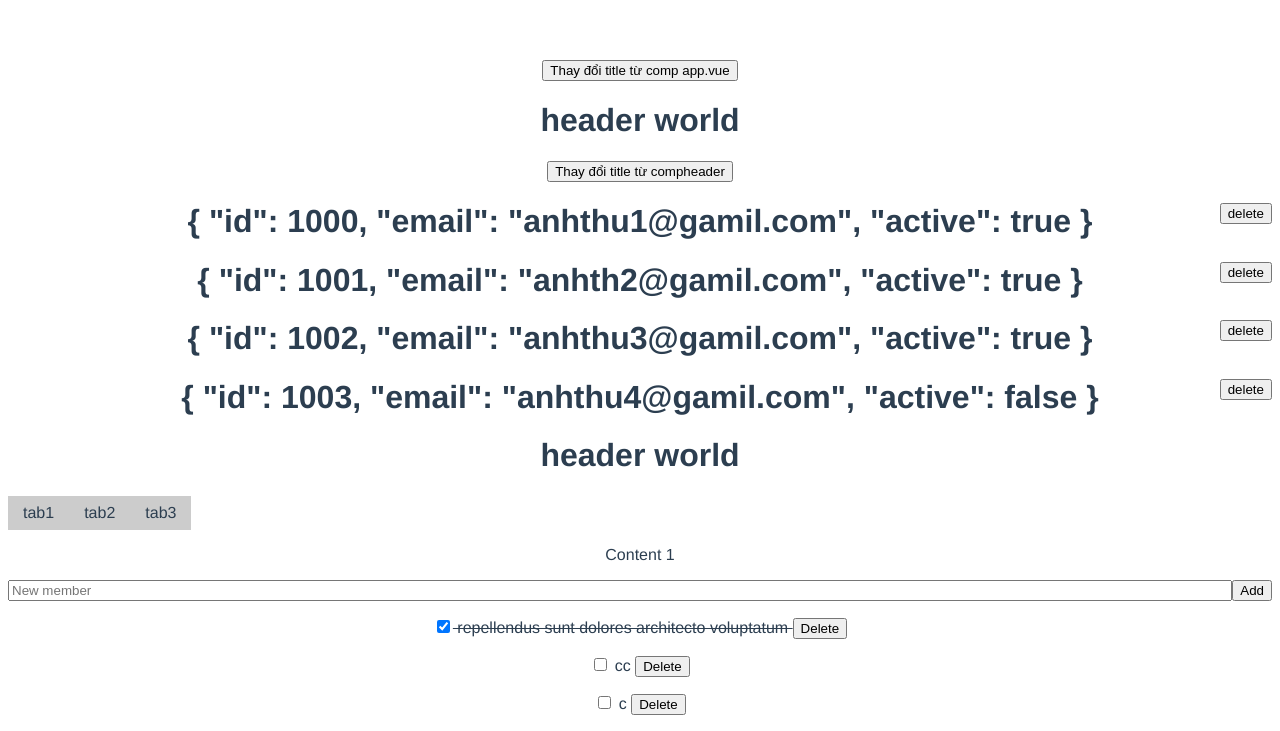
Repository: anhthu112/Todo-list
Page: /
These files come from the project's save history. The page is drawn as it stood at one moment and after the next save; the edit follows.
The browser window is 1280 px wide. The pictures show the whole page.
The project was rebuilt for these pictures with package versions that can differ from the ones it lists, and the page was loaded fresh each time. Requests to the local data server were answered from the project's data file. Also part of the build but not shown: vue.config.js.

Above is the page before, as saved 2024-01-31 11:19:11.

### src/App.vue
<template>
  <div class="container">
    <button v-on:click="title='Yoon Jeonghan'">Thay đổi title từ comp app.vue</button>
    <CompHeader v-bind:titles="title"
    v-on:changeTitleEvents="changeTitleEvent"
    />
    <ListUser v-bind:listUser="listUser"
    v-on:deleteEvent="handleDeleteUser"
    />
    <ComFooter v-bind:title="title"/>
    <DemoRef>
      <p>mệt quá em muốn về nhà</p>
    </DemoRef>
  </div>
  <CompTodo/>

</template>

<script>
import CompHeader from './components/CompHeader.vue';
import ComFooter from './components/ComFooter.vue';
import ListUser from './components/ListUser.vue';
import DemoRef from './components/DemoRef.vue';
import CompTodo from './components/CompTodo.vue'
export default {
  name: 'App',
  data(){
    return {
      title:'header world',
      listUser : [
        {id:1000, email:'anhthu1@gamil.com', active: true},
        {id:1001, email:'anhth2@gamil.com', active: true},
        {id:1002, email:'anhthu3@gamil.com', active: true},
        {id:1003, email:'anhthu4@gamil.com', active: false}
      ],

      textSvt: "Seventen",
    }
  },
  components: {
    CompHeader,
    ComFooter,
    ListUser,
    DemoRef,
    CompTodo,
},
  methods:{
    changeTitleEvent(){
      console.log('sucess');
      this.title="Hello Anna";
    },
    handleDeleteUser(data) {
  console.log('mit moi', data);
  this.listUser = this.listUser.filter(a => a.id !== data.id);
  console.log(this.listUser);
}

  }
}
</script>

<style>
#app {
  font-family: Avenir, Helvetica, Arial, sans-serif;
  -webkit-font-smoothing: antialiased;
  -moz-osx-font-smoothing: grayscale;
  text-align: center;
  color: #2c3e50;
  margin-top: 60px;
}
</style>

### src/components/CompHeader.vue
<template>
    <header>
        <h1>{{ titles }}</h1>
    </header>
    <button v-on:click="changeHeader">Thay đổi title từ compheader</button>
</template>
<script>
    export default{
        name: 'comp-header',
        props:{
            titles: String,
        },
        data (){
            return {
            }
        },
        methods:{
            changeHeader(){
                console.log('before');
                this.$emit('changeTitleEvents');
                console.log('after');
            }
        }
    }
</script>

### src/components/ComFooter.vue
<template>
    <footer>
            <h1>{{ title }}</h1>
    </footer>

</template>
<script>
    export default{
        name: 'comp-footer',
        props: {
            title: String,
        }
    }
</script>

### src/components/ListUser.vue
<template>
    <div class="list-user">
      <User v-for="users in listUser" v-bind:key="users.id" v-bind:user="users"
      v-on:deleteUsert="deleteUser"
       />
      <h2> {{ text }}</h2>
    </div>
</template>

  <script>
  import User from './User.vue';
  export default {
    name: 'ListUser',
    props: {
      listUser: {
        type: Array,
      },
      text: {
        type: String,
      }
    },
    components: {
      User,
    },
    methods:{
      deleteUser(data){
        this.$emit('deleteEvent', data)
        console.log('delete trong listuser',data)
      }
    }
  };
  </script>

### src/components/DemoRef.vue
<template>
    <CompTask>
        <ul class='tabs-header'>
            <li v-for="(item,index) in tabsHeader"
            v-bind:key="index"
            v-on:click="changeTab(index)"
            v-bind:class="{active: tabActive==index}"
            >{{ item.text }}</li>
        </ul>
        <div class="tab-content tab1" v-if="tabActive === 0">
            <p>Content 1</p>
        </div>
        <div class="tab-content tab2"  v-if="tabActive === 1">
            <p>Content 2</p>
        </div>
        <div class="tab-content tab3"  v-if="tabActive === 2">
            <p>Content 3</p>
        </div>
    </CompTask>
</template>

<script>
import CompTask from './CompTask.vue'
export default {
    name: 'demo-slot',
    components: {
        CompTask
    },
    data(){
        return {
            tabsHeader:[
                {text: 'tab1'},
                {text: 'tab2'},
                {text: 'tab3'},

            ],
            tabActive : 0
        }
    },
    methods: {
            changeTab(index){
                this.tabActive=index;
            }
        }
}
</script>
<style>
    .active{
        background: #000;
    }
</style>

### src/components/CompTodo.vue
<template>
    <div>
        <AddTodo @add-todo="addTodo" />
        <TodoItem
            v-for="todoItem in todo"
            :key="todoItem.id"
            :todoProps="todoItem"
            @item-complete="markComplete"
            @deleteItem="deleteItem(todoItem.id)"
        />
    </div>
</template>

<script>
import TodoItem from './TodoItem.vue';
import AddTodo from './AddTodo.vue';
import axios from 'axios';

export default {
    name: 'ToDo',
    data() {
        return {
            todo: []
        };
    },
    methods: {
        async getAlltodo() {
            try {
                const res = await axios.get('http://localhost:3000/posts');
                this.todo = res.data;
                console.log(res.data);
            } catch (err) {
                console.log(err);
            }
        },
        markComplete(todoItem) {
            console.log(todoItem);
            todoItem.completed = !todoItem.completed;
            console.log(todoItem.completed);
        },
        async deleteItem(itemId) {
            try {
                await axios.delete(`http://localhost:3000/posts/${itemId}`);
                console.log(`Item ${itemId} deleted.`);
                this.todo = this.todo.filter(item => item.id !== itemId);
            } catch (err) {
                console.log(err);
            }
        },
        async addTodo(newTodo) {
            try {
                const res = await axios.post('http://localhost:3000/posts', newTodo);
                console.log("New todo added:", res.data);
                this.todo.push(res.data);
            } catch (err) {
                console.log(err);
            }
        }
    },
    mounted() {
        this.getAlltodo();
    },
    components: {
        TodoItem,
        AddTodo,
    },
};
</script>

<style>
</style>

### src/components/User.vue
<template>
    <div class="user">
        <h1>{{ user }}</h1>
        <button class="delete"
        v-on:click="handleDelete"
        >delete</button>
    </div>
</template>
<script>
    export default {
        name: 'userComponent',
        props:{
            user : {
                type: Object,
            }
        },
        methods:{
            handleDelete(){
                var data ={
                    id: this.user.id
                }
                console.log('hello');
                this.$emit('deleteUsert',data)
            }
        },
        data (){
            return {

            }
        }
    }
</script>
<style>
    .user{
        position: relative;
    }
    .delete{
        position: absolute;
        top:0;
        right:0;
    }
</style>

### src/components/CompTask.vue
<template>
    <h1>{{ title }}</h1>
    <slot></slot>
</template>

<script>
export default {
    name: 'comp-task',
    props:{
        title: String,
    },
    data (){
        return {

        }
    },
    methods: {

    }
}
</script>

<style>
    .tabs-header{
        margin:0;
        padding:0;
        display:flex;
        list-style: none;
    }
    .tabs-header li{
        padding: 8px 15px;
        background: #ccc;
        cursor: pointer;
    }
    .tabs-header li:hover{
        background: #333;
        color:#fff;
    }
</style>

### src/components/TodoItem.vue
<template>
    <p :class="['todo-item', todoProps.completed ? 'is-complete' : '']">
      <input type="checkbox" :checked="todoProps.completed" v-on:change="markItemCompleted"/>
      {{ todoProps.title }}
      <button v-on:click="deleteItem" class="btn-delete">Delete</button>
    </p>
  </template>

  <script>
  export default {
      name: 'todo-item',
      data (){
        return {
          // checkMark: this.todoProps.completed,
        }
      },
      props: ['todoProps'],
      methods:{
        markItemCompleted(){
          this.$emit('item-complete',this.todoProps);
        },
        deleteItem(){
          this.$emit('deleteItem', this.todoProps);
        }
      }

  }
  </script>

  <style>
  .todo-item {
  }

  .is-complete {
      text-decoration: line-through;
  }
  </style>

### src/components/AddTodo.vue
<template>
    <form @submit.prevent="addItem">
      <input type="text" placeholder="New member" v-model="title" @input="check" class="input">
      <input type="submit" value="Add" class="add-btn">
    </form>
  </template>

  <script>
  import { ref } from 'vue';
  import { v4 as uuidv4 } from 'uuid';

  export default {
    name: 'AddTodo',
    setup(props, context) {
      const title = ref('');

      const check = () => {
        console.log(title.value);
      };

      const addItem = event => {
        event.preventDefault();
        const newItem = {
          id: uuidv4(), // Sử dụng uuidv4 từ 'uuid' thay vì 'uuidv4' từ 'uuidv4'
          title: title.value,
          completed: false
        };
        context.emit('add-todo', newItem);
        title.value = '';
      };

      return {
        title,
        check,
        addItem,
      };
    },
  };
  </script>

  <style>
  form {
    display: flex;
  }

  .input[type=text] {
    flex: 10;
  }
  </style>

### db.json
{
  "posts": [
    {
      "id": 14,
      "title": "repellendus sunt dolores architecto voluptatum",
      "completed": true
    },
    {
      "id": "1bb4ff43-fcdc-464d-8cfb-ebd1fcf3c8c5",
      "title": "cc",
      "completed": false
    },
    {
      "id": "487a21aa-0c37-458f-a4a2-1da914d3799c",
      "title": "c",
      "completed": false
    }
  ]
}

Loaded but not shown: public/index.html (common file); src/main.js (common file)

After the next save:
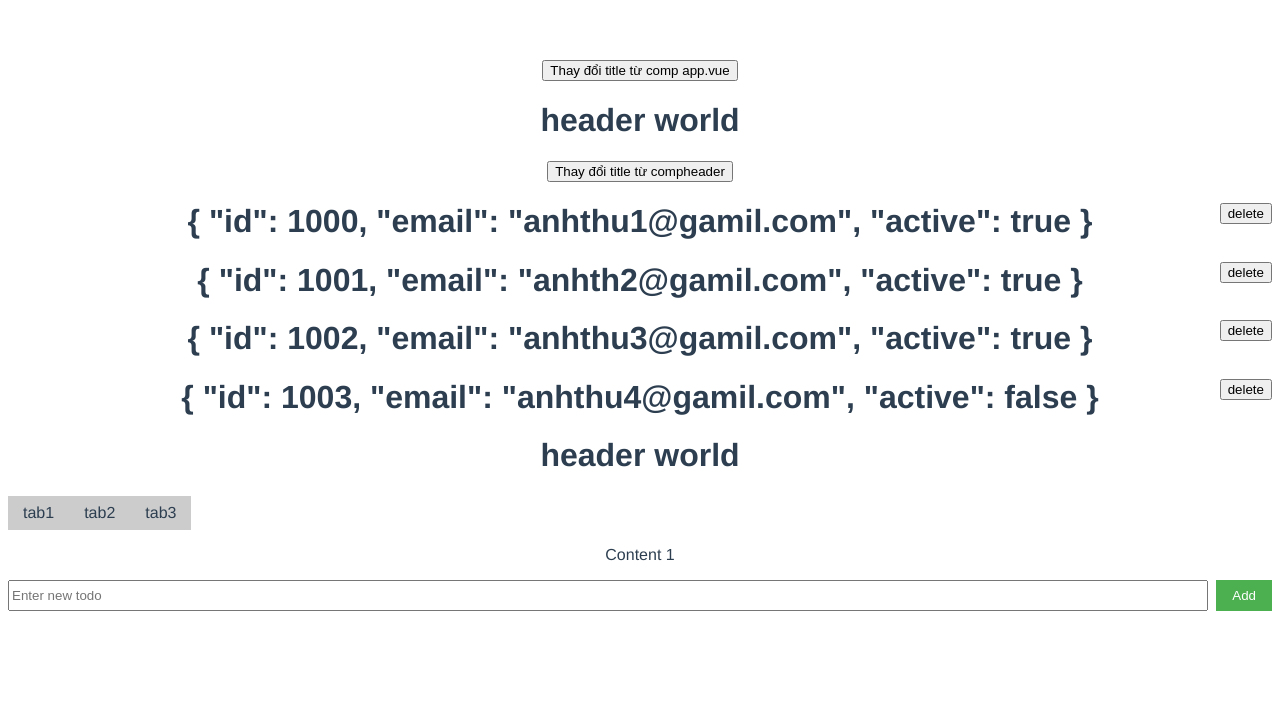
Saved 50 s later.
--- a/src/components/CompTodo.vue
+++ b/src/components/CompTodo.vue
@@ -1,71 +1,60 @@
 <template>
-    <div>
-        <AddTodo @add-todo="addTodo" />
-        <TodoItem
-            v-for="todoItem in todo"
-            :key="todoItem.id"
-            :todoProps="todoItem"
-            @item-complete="markComplete"
-            @deleteItem="deleteItem(todoItem.id)"
-        />
-    </div>
-</template>
+    <form @submit.prevent="addItem" class="add-todo-form">
+      <input type="text" placeholder="Enter new todo" v-model="title" class="input-field">
+      <input type="submit" value="Add" class="add-btn">
+    </form>
+  </template>
 
-<script>
-import TodoItem from './TodoItem.vue';
-import AddTodo from './AddTodo.vue';
-import axios from 'axios';
+  <script>
+  import { ref } from 'vue';
+  import { v4 as uuidv4 } from 'uuid';
 
-export default {
-    name: 'ToDo',
-    data() {
-        return {
-            todo: []
+  export default {
+    name: 'AddTodo',
+    setup(props, context) {
+      const title = ref('');
+
+      const addItem = event => {
+        event.preventDefault();
+        if (!title.value.trim()) return; // Validate input
+        const newItem = {
+          id: uuidv4(),
+          title: title.value.trim(),
+          completed: false
         };
+        context.emit('add-todo', newItem);
+        title.value = '';
+      };
+
+      return {
+        title,
+        addItem,
+      };
     },
-    methods: {
-        async getAlltodo() {
-            try {
-                const res = await axios.get('http://localhost:3000/posts');
-                this.todo = res.data;
-                console.log(res.data);
-            } catch (err) {
-                console.log(err);
-            }
-        },
-        markComplete(todoItem) {
-            console.log(todoItem);
-            todoItem.completed = !todoItem.completed;
-            console.log(todoItem.completed);
-        },
-        async deleteItem(itemId) {
-            try {
-                await axios.delete(`http://localhost:3000/posts/${itemId}`);
-                console.log(`Item ${itemId} deleted.`);
-                this.todo = this.todo.filter(item => item.id !== itemId);
-            } catch (err) {
-                console.log(err);
-            }
-        },
-        async addTodo(newTodo) {
-            try {
-                const res = await axios.post('http://localhost:3000/posts', newTodo);
-                console.log("New todo added:", res.data);
-                this.todo.push(res.data);
-            } catch (err) {
-                console.log(err);
-            }
-        }
-    },
-    mounted() {
-        this.getAlltodo();
-    },
-    components: {
-        TodoItem,
-        AddTodo,
-    },
-};
-</script>
+  };
+  </script>
 
-<style>
-</style>
+  <style>
+  form.add-todo-form {
+    display: flex;
+    margin-bottom: 1rem;
+  }
+
+  .input-field {
+    flex: 1;
+    margin-right: 0.5rem;
+  }
+
+  .add-btn {
+    flex: 0;
+    background-color: #4caf50;
+    color: white;
+    border: none;
+    padding: 0.5rem 1rem;
+    cursor: pointer;
+  }
+
+  .add-btn:hover {
+    background-color: #45a049;
+  }
+  </style>

After the save that followed:
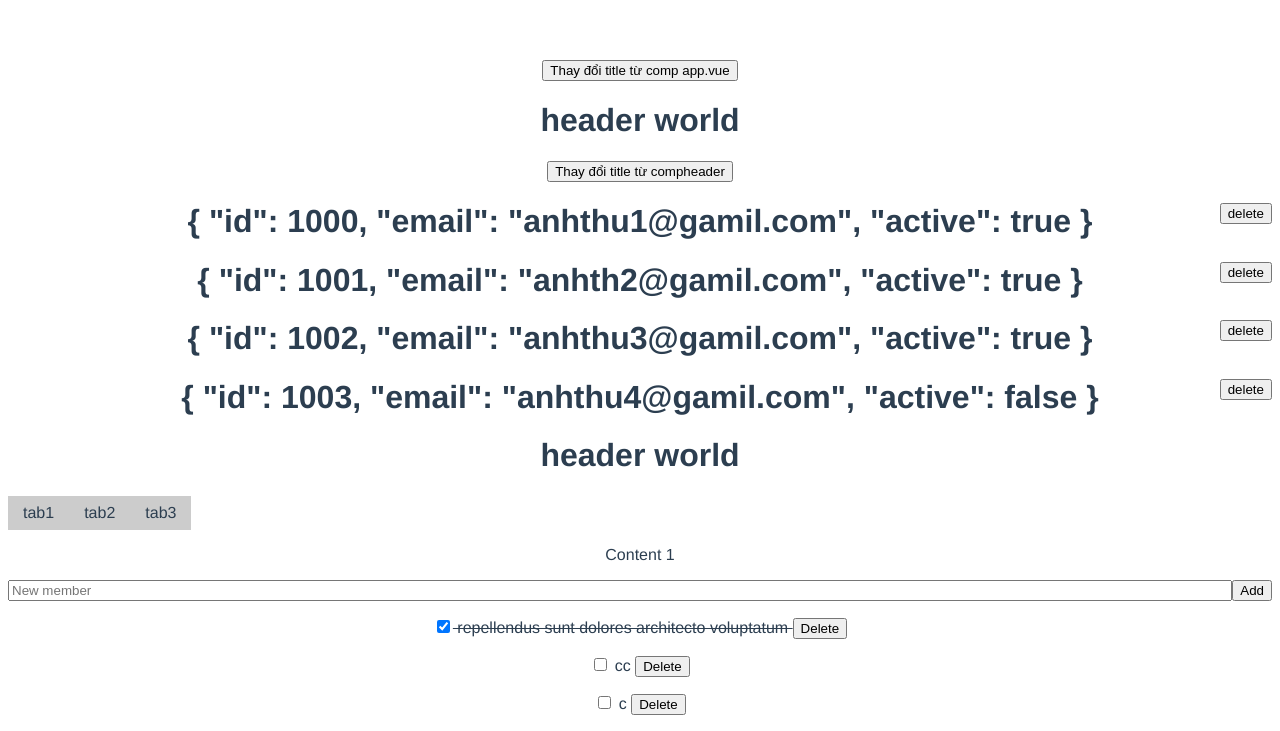
Saved 21 s later.
--- a/src/components/CompTodo.vue
+++ b/src/components/CompTodo.vue
@@ -1,60 +1,71 @@
 <template>
-    <form @submit.prevent="addItem" class="add-todo-form">
-      <input type="text" placeholder="Enter new todo" v-model="title" class="input-field">
-      <input type="submit" value="Add" class="add-btn">
-    </form>
-  </template>
+    <div>
+        <AddTodo @add-todo="addTodo" />
+        <TodoItem
+            v-for="todoItem in todo"
+            :key="todoItem.id"
+            :todoProps="todoItem"
+            @item-complete="markComplete"
+            @deleteItem="deleteItem(todoItem.id)"
+        />
+    </div>
+</template>
 
-  <script>
-  import { ref } from 'vue';
-  import { v4 as uuidv4 } from 'uuid';
+<script>
+import TodoItem from './TodoItem.vue';
+import AddTodo from './AddTodo.vue';
+import axios from 'axios';
 
-  export default {
-    name: 'AddTodo',
-    setup(props, context) {
-      const title = ref('');
+export default {
+    name: 'ToDo',
+    data() {
+        return {
+            todo: []
+        };
+    },
+    methods: {
+        async getAlltodo() {
+            try {
+                const res = await axios.get('http://localhost:3000/posts');
+                this.todo = res.data;
+                console.log(res.data);
+            } catch (err) {
+                console.log(err);
+            }
+        },
+        markComplete(todoItem) {
+            console.log(todoItem);
+            todoItem.completed = !todoItem.completed;
+            console.log(todoItem.completed);
+        },
+        async deleteItem(itemId) {
+            try {
+                await axios.delete(`http://localhost:3000/posts/${itemId}`);
+                console.log(`Item ${itemId} deleted.`);
+                this.todo = this.todo.filter(item => item.id !== itemId);
+            } catch (err) {
+                console.log(err);
+            }
+        },
+        async addTodo(newTodo) {
+            try {
+                const res = await axios.post('http://localhost:3000/posts', newTodo);
+                console.log("New todo added:", res.data);
+                this.todo.push(res.data);
+            } catch (err) {
+                console.log(err);
+            }
+        }
+    },
+    mounted() {
+        this.getAlltodo();
+    },
+    components: {
+        TodoItem,
+        AddTodo,
+    },
+};
+</script>
 
-      const addItem = event => {
-        event.preventDefault();
-        if (!title.value.trim()) return; // Validate input
-        const newItem = {
-          id: uuidv4(),
-          title: title.value.trim(),
-          completed: false
-        };
-        context.emit('add-todo', newItem);
-        title.value = '';
-      };
-
-      return {
-        title,
-        addItem,
-      };
-    },
-  };
-  </script>
-
-  <style>
-  form.add-todo-form {
-    display: flex;
-    margin-bottom: 1rem;
-  }
-
-  .input-field {
-    flex: 1;
-    margin-right: 0.5rem;
-  }
-
-  .add-btn {
-    flex: 0;
-    background-color: #4caf50;
-    color: white;
-    border: none;
-    padding: 0.5rem 1rem;
-    cursor: pointer;
-  }
-
-  .add-btn:hover {
-    background-color: #45a049;
-  }
-  </style>
+<style>
+</style>
